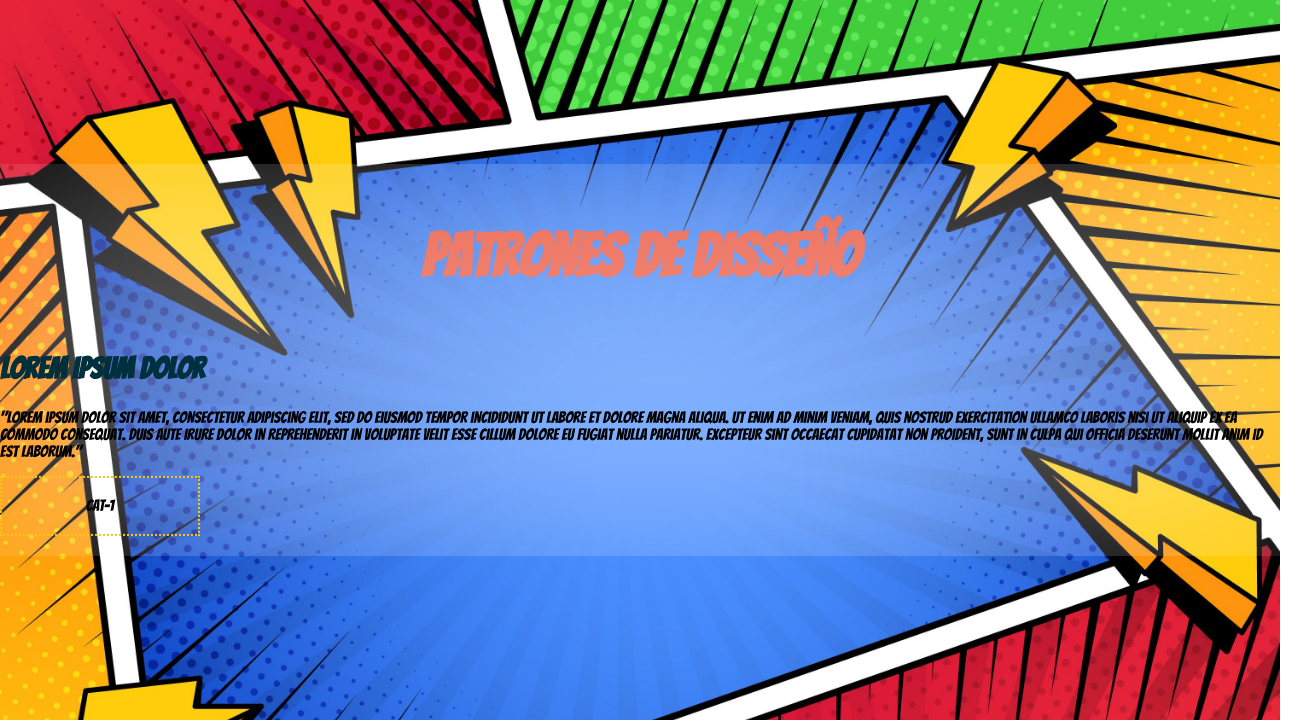
Repository: nrsWebs/design-pattern-es
Page: index.html
The author's editor kept a copy of each file at every save. The page is drawn from the files as they stood at one save, then again after the next save.
The browser window is 1280 px wide. The page is 1300 px wide, so the pictures cover 1300 px, including what lies to the right of the window. The pictures show the whole page.

Above is the page before, as saved 2021-02-06 19:59:02.

### index.html
<!DOCTYPE html>
<html>
<head>
<script src="https://ajax.googleapis.com/ajax/libs/jquery/3.5.1/jquery.min.js"></script>
<link rel="stylesheet" href="source/main.css">
<link href='https://fonts.googleapis.com/css?family=Bangers' rel='stylesheet'>
</head>
<body>
    <div class="main-content">
        <div id="general" class="box">
            <div class="glass"></div>
            <h1>Patrones de disseño</h1>
            <div class="information">
                <h2>Lorem ipsum dolor</h2>
                <p>"Lorem ipsum dolor sit amet, consectetur adipiscing elit, sed do eiusmod tempor incididunt ut labore et dolore magna aliqua. Ut enim ad minim veniam, quis nostrud exercitation ullamco laboris nisi ut aliquip ex ea commodo consequat. Duis aute irure dolor in reprehenderit in voluptate velit esse cillum dolore eu fugiat nulla pariatur. Excepteur sint occaecat cupidatat non proident, sunt in culpa qui officia deserunt mollit anim id est laborum."</p>
                <div class="action-container">
                    <div class="button linker" data-link="cat-1">
                        <div class="text">CAT-1</div>
                    </div>
                </div>
            </div>
        </div>
        <div id="cat-1" class="box no-opacity hidden-container">
            <div class="glass"></div>
            <h1>Patrones de disseño test</h1>
            <div class="information">
                <h2>Lorem ipsum dolor</h2>
                <p>"Lorem ipsum dolor sit amet, consectetur adipiscing elit, sed do eiusmod tempor incididunt ut labore et dolore magna aliqua. Ut enim ad minim veniam, quis nostrud exercitation ullamco laboris nisi ut aliquip ex ea commodo consequat. Duis aute irure dolor in reprehenderit in voluptate velit esse cillum dolore eu fugiat nulla pariatur. Excepteur sint occaecat cupidatat non proident, sunt in culpa qui officia deserunt mollit anim id est laborum."</p>
                <div class="action-container">
                    <div class="button linker" data-link="general">
                        <div class="text">HOME</div>
                    </div>
                </div>
            </div>
        </div>
    </div>
</body>
<footer>
    <a class="hidden-container" href="https://www.freepik.es/vectores/fondo">Vector de Fondo creado por coolvector - www.freepik.es</a>
</footer>
<script>
    jQuery('.linker').on('click', function() {
        var nextid = jQuery(this).data('link');
        //hide
        jQuery(this).closest('.box').animate({opacity: '0'}, 200, function() {
            jQuery(this).closest('.box').addClass('hidden-container');
        });
        //Show
        jQuery('#'+nextid).removeClass('hidden-container');
        jQuery('#'+nextid).animate({opacity: '0.5'}, 200);
        jQuery('#'+nextid).animate({opacity: '1'}, 200);
    });
</script>
</html>

### source/main.css
:root {
    --main: #000;
    --secondary:  #E94F37;
    --auxiliar: #002F3D;
    --button: #F9C80E;
}
body .hidden-container{
    display: none;;
}
body .no-opacity{
    opacity: 0;
}
body {
    background-image: url('./images/4845746.jpg');
     background-repeat: no-repeat;
    background-attachment: fixed;
    background-size: cover;
    display: flex;
    justify-content: center;
    width: 100%;
    color: var(--main);
    font-family: 'Bangers';
}
.main-content{
    display: block;
    width: 100%;

}
h1{
    text-align: center;
    color: var(--secondary);
    font-size: 60px;
}
h2{
    color: var(--auxiliar);
    font-size: 30px;
}
.box {
    display: flex;
    flex-direction: column;
    justify-content: space-around;
    width: 100%;
    max-width: 1440px;
    padding: 20px;
    position: absolute;
    top: 50%;
    left: 50%;
    transform: translate(-50%, -50%);
    overflow: hidden;
    border-radius: 10px;
}
.box .information{
    z-index: 99;
}
.action-container{
    display: flex;
    width: 100%;
    justify-content: space-between;
}
.action-container .button {
    box-sizing: border-box;
    border: 2px dotted var(--button);
    width: 200px;
    height: 60px;
    padding: 10px;
    position: relative;
    cursor: pointer;
}
.action-container .button .text{
    position: absolute;
    top: 50%;
    left: 50%;
    transform: translate(-50%, -50%);
}
/* GLASS EFFECT */
.glass{
    background: inherit;
    width: 100%;
    height: 100%;
}
.glass:before {
    content: '';
    width: 100%;
    height: 100%;
    background: inherit;
    position: absolute;
    left: 0;
    right: 0;
    top: 0;
    bottom: 0;
    box-shadow: inset 0 0 0 200px rgba(255,255,255,0.3);
    filter: blur(90px);
    border-radius: 5px;
}

After the next save:
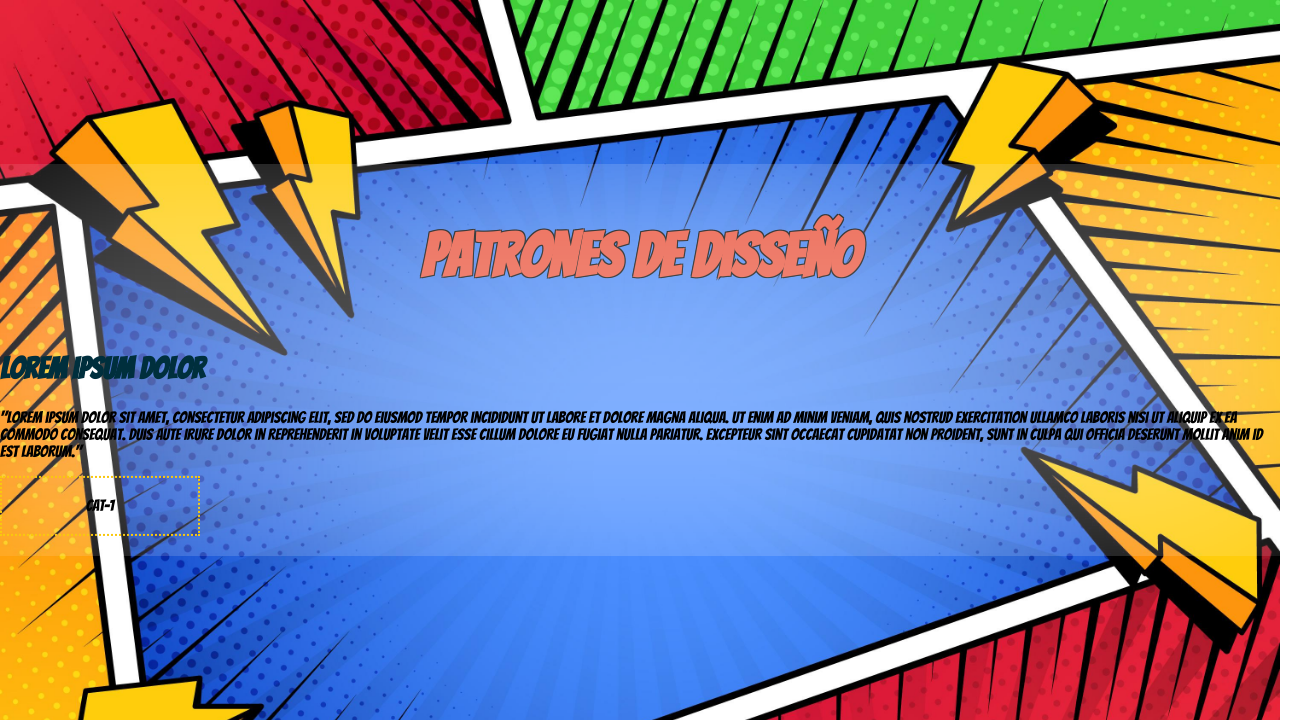
Saved 2 min 52 s later.
--- a/source/main.css
+++ b/source/main.css
@@ -30,6 +30,7 @@ h1{
     text-align: center;
     color: var(--secondary);
     font-size: 60px;
+    text-shadow: -1px 1px 0 #000, 1px 1px 0 #000, 1px -1px 0 #000, -1px -1px 0 #000;
 }
 h2{
     color: var(--auxiliar);
